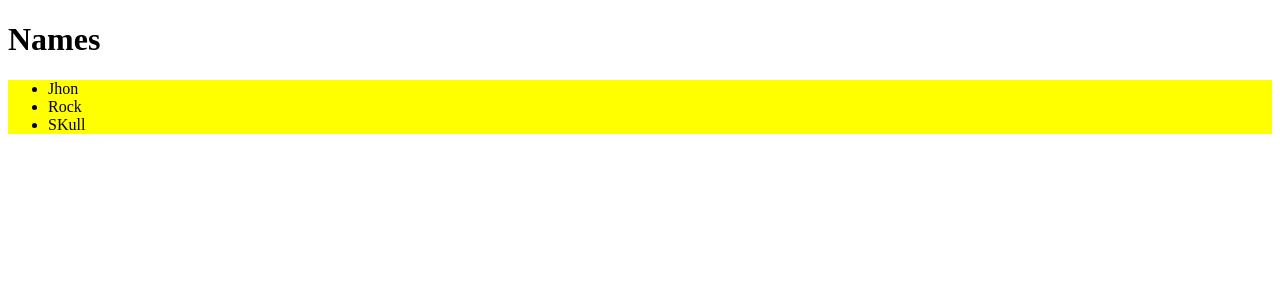
Repository: NithishKoriyar/phpprojectgh
Page: http://localhost/names.php
An editor plug-in stored every save of this project. The page is shown before and after a run of saves, followed by the edit.
The browser window is 1280 px wide. The pictures show the whole page.
The page is run by PHP 8.4 with error messages shown; the project is at /var/www/html/.

Above is the page before, as saved 2022-12-14 12:56:45.

After the next 4 saves:
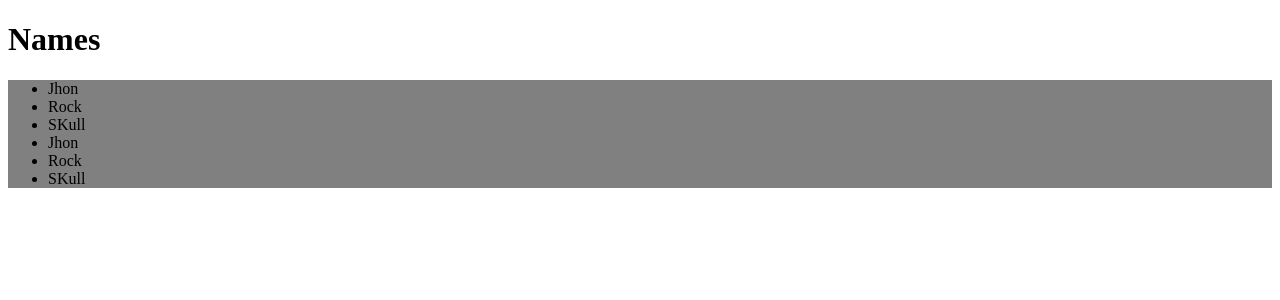
The 4 saves are shown as one change because they came seconds apart.
The last was saved 11 s later.
--- a/names.php
+++ b/names.php
@@ -1,5 +1,5 @@
 <?php
-    $names = ['Jhon', 'Rock','SKull',];
+    $names = ['Jhon', 'Rock','SKull','Jhon', 'Rock','SKull'];
 ?>
 <!DOCTYPE html>
 <html lang="en">
